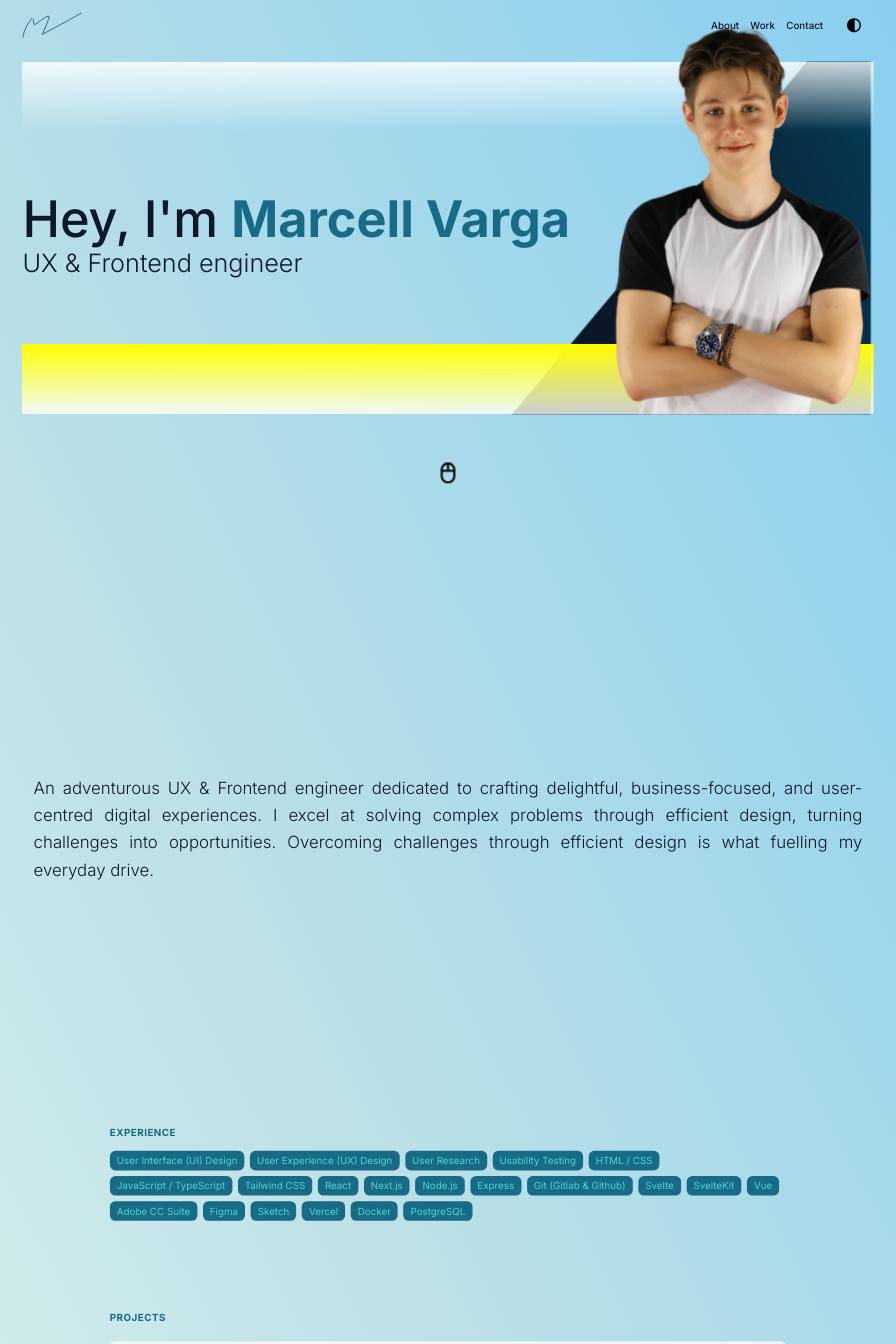
Repository: TheMarcellVarga/personal-portfolio-v.2
Page: /
An editor plug-in stored every save of this project. The page is shown before and after a run of saves, followed by the edit.
The browser window is 1280 px wide. The pictures show the part of the page from y = 0 to 1920 px (the page is 4294 px tall), at 70% of full size.
The project was rebuilt for these pictures with package versions that can differ from the ones it lists, and the page was loaded fresh each time. The framework's server and built-in components were replaced by stand-ins that run in the browser. Also part of the build but not shown: next.config.mjs.

Above is the page before, as saved 2024-07-19 00:22:46.

### app/layout.tsx
import type { Metadata } from "next";
import { Inter } from "next/font/google";
import "./globals.css";

const inter = Inter({ subsets: ["latin"] });

export const metadata: Metadata = {
  title: {
    template: "%s | Marcell Varga",
    default: "Marcell Varga",
  },
  description: "Marcell Varga Portfolio | UX & Frontend Engineer",
};
export default function RootLayout({
  children,
}: Readonly<{
  children: React.ReactNode;
}>) {
  return (
    <html lang="en">
      <body className={inter.className}>{children}</body>
    </html>
  );
}

### app/globals.css
@tailwind base;
@tailwind components;
@tailwind utilities;

/* :root {
  --foreground-rgb: 0, 0, 0;
  --background-start-rgb: 214, 219, 220;
  --background-end-rgb: 255, 255, 255;
}

@media (prefers-color-scheme: dark) {
  :root {
    --foreground-rgb: 255, 255, 255;
    --background-start-rgb: 0, 0, 0;
    --background-end-rgb: 0, 0, 0;
  }
}

body {
  color: rgb(var(--foreground-rgb));
  background: linear-gradient(
      to bottom,
      transparent,
      rgb(var(--background-end-rgb))
    )
    rgb(var(--background-start-rgb));
}

@layer utilities {
  .text-balance {
    text-wrap: balance;
  }
} */

/* Light mode */
body {
  background-color: white;
  color: black;
}

/* Dark mode */
.dark body {
  background-color: black;
  color: white;
}

/* globals.css */
.svg-pink {
  fill: pink;
}

/* In your CSS file */
.light .dark-mode-icon {
  fill: #ffffff
}

.dark .dark-mode-icon {
  fill: #ffffff; /* Dark mode color */
}

@-webkit-keyframes animate-svg-stroke-1 {
  0% {
    stroke-dashoffset: 210.06117248535156px;
    stroke-dasharray: 210.06117248535156px;
  }

  100% {
    stroke-dashoffset: 420.1223449707031px;
    stroke-dasharray: 210.06117248535156px;
  }
}

@keyframes animate-svg-stroke-1 {
  0% {
    stroke-dashoffset: 210.06117248535156px;
    stroke-dasharray: 210.06117248535156px;
  }

  100% {
    stroke-dashoffset: 420.1223449707031px;
    stroke-dasharray: 210.06117248535156px;
  }
}

.svg-elem-1 {
  -webkit-animation: animate-svg-stroke-1 1s ease-in-out 1s both;
  animation: animate-svg-stroke-1 1s ease-in-out 1s both;
}

@-webkit-keyframes animate-svg-stroke-2 {
  0% {
    stroke-dashoffset: 798.271240234375px;
    stroke-dasharray: 798.271240234375px;
  }

  100% {
    stroke-dashoffset: 1596.54248046875px;
    stroke-dasharray: 798.271240234375px;
  }
}

@keyframes animate-svg-stroke-2 {
  0% {
    stroke-dashoffset: 798.271240234375px;
    stroke-dasharray: 798.271240234375px;
  }

  100% {
    stroke-dashoffset: 1596.54248046875px;
    stroke-dasharray: 798.271240234375px;
  }
}

.svg-elem-2 {
  -webkit-animation: animate-svg-stroke-2 1s ease-in-out 1.12s both;
  animation: animate-svg-stroke-2 1s ease-in-out 1.12s both;
}

@-webkit-keyframes animate-svg-stroke-3 {
  0% {
    stroke-dashoffset: 2px;
    stroke-dasharray: 2px;
  }

  100% {
    stroke-dashoffset: 4px;
    stroke-dasharray: 2px;
  }
}

@keyframes animate-svg-stroke-3 {
  0% {
    stroke-dashoffset: 2px;
    stroke-dasharray: 2px;
  }

  100% {
    stroke-dashoffset: 4px;
    stroke-dasharray: 2px;
  }
}

.svg-elem-3 {
  -webkit-animation: animate-svg-stroke-3 1s ease-in-out 1.24s both;
  animation: animate-svg-stroke-3 1s ease-in-out 1.24s both;
}

/* CSS for the overlay */
.nav-overlay {
  position: fixed;
  top: 0;
  right: 0;
  width: 80%; /* Adjust the width as needed */
  height: 100%;
  background-color: rgba(23, 107, 135, 1); /* Semi-transparent background */
  transform: translateX(100%); /* Hidden off-screen to the right */
  transition: transform 0.3s ease-out; /* Smooth transition */
  display: flex;
  flex-direction: column;
  justify-content: space-between; /* Pushes the button to the bottom */
  align-items: center;
  padding: 2rem;
  z-index: 2;
 }

 .nav-overlay.open {
  transform: translateX(0); /* Slide in from the right */
 }

/* Hamburger menu with increased z-index when open */
.md\:hidden {
  cursor: pointer;
  z-index: 2; /* Default z-index */
}

.md\:hidden.open {
  z-index: 5; /* Increased z-index when open */
}

/* Hamburger menu lines */
.md\:hidden > div {
  transition: all 0.3s ease;
}

/* Top line of the hamburger menu */
.md\:hidden > div:nth-child(1) {
  transform-origin: center;
}

/* Middle line of the hamburger menu */
.md\:hidden > div:nth-child(2) {
  transform-origin: center;
}

/* Bottom line of the hamburger menu */
.md\:hidden > div:nth-child(3) {
  transform-origin: center;
}

/* Animation for the hamburger menu to become a cross */
.md\:hidden.open > div:nth-child(1) {
  transform: translateY(6px) rotate(45deg);
}

.md\:hidden.open > div:nth-child(2) {
  opacity: 0;
  transition: none !important; /* Ensures no transition */
}

.md\:hidden.open > div:nth-child(3) {
  transform: translateY(-6px) rotate(-45deg);
}

/* Hamburger menu with increased z-index when open */
.md\:hidden {
  cursor: pointer;
  z-index: 2; /* Default z-index */
}

.md\:hidden.open {
  z-index: 5; /* Increased z-index when open */
}

/* CSS for the close button */
.close-btn {
  position: absolute;
  top: 1rem;
  right: 1rem;
  background: none;
  border: none;
  font-size: 1.5rem;
  color: #fff;
  cursor: pointer;
}

/* globals.css */
.sticky-header {
  position: sticky;
  top: 0;
  z-index: 1000; /* Ensure the header stays on top of other content */
  overflow: visible;
}

.pink-svg {
  filter: hue-rotate(300deg); /* Adjust the degree value as needed */
}

@keyframes moveDown {
  0% {
    transform: translateY(0);
  }
  100% {
    transform: translateY(15px); /* Adjust the value as needed */
  }
}

.animate-moveDown {
  animation: moveDown 2s infinite alternate ease-in-out; /* Adjust the duration as needed */
}

.globe-container {
  display: flex;
  justify-content: center;
  align-items: center;
  width: 100%;
  height: 500px; /* Adjust based on your desired height */
}

.triangle-bg-svg {
  position: absolute;
  top: 0; /* Keeps it at the top */
  left: auto;
  right: 0;
  width: 55%; /* Adjust based on your needs */
  height: 100%; /* Adjust based on your needs */
  z-index: 1;
}



.dark-mode .triangle-bg-svg path:first-child {
  fill: #001822;
}

.light-mode .triangle-bg-svg path:first-child {
  fill: #F8F8F8;
}

.main-container::before,
.main-container::after {
  content: '';
  position: absolute;
  width: 100%;
  height: 100px; /* Adjust based on your design */
  z-index: 10; /* Ensure it's above other content but below the profile image */
}

.main-container::before {
  top: 0;
  background-image: linear-gradient(to bottom, rgba(255, 255, 255, 0.8), rgba(255, 255, 255, 0)); /* Fades to transparent */
}

.main-container::after {
  bottom: 0;
  background-image: linear-gradient(to top, rgba(255, 255, 255, 0.8), rgba(255, 255, 0)); /* Fades to transparent */
}

### public/icons/openResume.tsx
import React from "react";

interface IconProps {
  isDarkMode: boolean;
  isHover: boolean;
}

const DarkModeIcon: React.FC<IconProps> = ({ isDarkMode, isHover }) => {
  return (
    <svg
      xmlns="http://www.w3.org/2000/svg"
      width="14"
      height="14"
      viewBox="0 0 512 512"
    >
      <path
        fill={
          isHover && isDarkMode
            ? "#4FD5CC"
            : isHover
            ? "#176B87"
            : isDarkMode
            ? "white"
            : "black"
        }
        d="M320 0c-17.7 0-32 14.3-32 32s14.3 32 32 32h82.7L201.4 265.4c-12.5 12.5-12.5 32.8 0 45.3s32.8 12.5 45.3 0L448 109.3V192c0 17.7 14.3 32 32 32s32-14.3 32-32V32c0-17.7-14.3-32-32-32H320zM80 32C35.8 32 0 67.8 0 112V432c0 44.2 35.8 80 80 80H400c44.2 0 80-35.8 80-80V320c0-17.7-14.3-32-32-32s-32 14.3-32 32V432c0 8.8-7.2 16-16 16H80c-8.8 0-16-7.2-16-16V112c0-8.8 7.2-16 16-16H192c17.7 0 32-14.3 32-32s-14.3-32-32-32H80z"
      />
    </svg>
  );
};

export default DarkModeIcon;

### public/icons/mouseScroll.tsx
import React from "react";

interface IconProps {
  isDarkMode: boolean;
  isOpen: boolean;
}

const MouseScrollIcon: React.FC<IconProps> = ({ isDarkMode, isOpen }) => {
  return (
    <svg
      className="animate-moveDown"
      width="36"
      height="36"
      viewBox="0 0 36 36"
      fill="none"
      xmlns="http://www.w3.org/2000/svg"
    >
      <path
        d="M18 32.9999C15.1 32.9999 12.625 31.9749 10.575 29.9249C8.525 27.8749 7.5 25.3999 7.5 22.4999V13.4999C7.5 10.5999 8.525 8.12494 10.575 6.07494C12.625 4.02494 15.1 2.99994 18 2.99994C20.9 2.99994 23.375 4.02494 25.425 6.07494C27.475 8.12494 28.5 10.5999 28.5 13.4999V22.4999C28.5 25.3999 27.475 27.8749 25.425 29.9249C23.375 31.9749 20.9 32.9999 18 32.9999ZM19.5 13.4999H25.5C25.5 11.6999 24.9313 10.1124 23.7938 8.73744C22.6563 7.36244 21.225 6.49994 19.5 6.14994V13.4999ZM10.5 13.4999H16.5V6.14994C14.775 6.49994 13.3438 7.36244 12.2063 8.73744C11.0688 10.1124 10.5 11.6999 10.5 13.4999ZM18 29.9999C20.075 29.9999 21.8438 29.2687 23.3063 27.8062C24.7688 26.3437 25.5 24.5749 25.5 22.4999V16.4999H10.5V22.4999C10.5 24.5749 11.2313 26.3437 12.6938 27.8062C14.1563 29.2687 15.925 29.9999 18 29.9999Z"
        fill={isOpen ? "white" : isDarkMode ? "white" : "black"}
      />
    </svg>
  );
};

export default MouseScrollIcon;

### app/useWindowSize.tsx
import { useState, useEffect } from "react";

const useWindowSize = () => {
  const [windowSize, setWindowSize] = useState({
    width: undefined as number | undefined,
    height: undefined as number | undefined,
  });

  useEffect(() => {
    // Check if window object is available
    if (typeof window!== "undefined") {
      const handleResize = () => {
        setWindowSize({
          width: window.innerWidth * 0.6,
          height: window.innerHeight * 0.6,
        });
      };

      window.addEventListener("resize", handleResize);
      handleResize();

      return () => window.removeEventListener("resize", handleResize);
    }
  }, []);

  return windowSize;
};

export default useWindowSize;

### app/footer.tsx
"use client";

import GitHubIcon from "@/public/icons/github";
import LinkedInIcon from "@/public/icons/linkedin";
import Link from "next/link";

interface FooterProps {
  isDarkMode: boolean;
  setIsDarkMode: (isDarkMode: boolean) => void;
  isOpen: boolean;
  setIsOpen: (isOpen: boolean) => void;
}

const Footer: React.FC<FooterProps> = ({ isDarkMode, isOpen }) => {
  return (
    <div className="flex w-full flex-row justify-between items-center px-4">
      <div className="flex w-full opacity-50 text-sm">© 2024 Marcell Varga</div>
      <div className="flex space-x-4">
        <Link href="https://www.linkedin.com/in/marcellvarga/">
          {/* <Image
            src="/icons/linkedin.svg"
            alt="Linkedin Icon"
            width={24}
            height={24}
          /> */}
          <LinkedInIcon isDarkMode={isDarkMode} isOpen={isOpen} />
        </Link>
        <Link href="https://github.com/TheMarcellVarga">
          {/* <Image
            src="/icons/github.svg"
            alt="GitHub Icon"
            width={24}
            height={24}
          /> */}
          <GitHubIcon isDarkMode={isDarkMode} isOpen={isOpen} />
        </Link>
      </div>
    </div>
  );
};

export default Footer;

### public/icons/darkMode.tsx
import React from "react";

interface IconProps {
  isDarkMode: boolean;
  isOpen: boolean;
}

const DarkModeIcon: React.FC<IconProps> = ({ isDarkMode, isOpen }) => {
  return (
    <svg
      xmlns="http://www.w3.org/2000/svg"
      height="24px"
      viewBox="0 -960 960 960"
      width="24px"
      fill="none"
    >
      <path
        fill={isOpen ? "white" : isDarkMode ? "white" : "black"}
        d="M480-80q-83 0-156-31.5T197-197q-54-54-85.5-127T80-480q0-83 31.5-156T197-763q54-54 127-85.5T480-880q83 0 156 31.5T763-763q54 54 85.5 127T880-480q0 83-31.5 156T763-197q-54 54-127 85.5T480-80Zm40-83q119-15 199.5-104.5T800-480q0-123-80.5-212.5T520-797v634Z"
      />
    </svg>
  );
};

export default DarkModeIcon;

### public/icons/indexSigAnimated.tsx
import React from "react";

interface IconProps {
  isDarkMode: boolean;
  isOpen: boolean;
}

const IndexSigAnimatedIcon: React.FC<IconProps> = ({ isDarkMode, isOpen }) => {
  return (
    <svg
      className="svg-elem-1"
      width="85"
      height="37"
      viewBox="0 0 85 37"
      fill="none"
      xmlns="http://www.w3.org/2000/svg"
    >
      <g clipPath="url(#clip0_18_152)">
        <path
          stroke={isOpen ? "#053B50" : isDarkMode ? "white" : "#053B50"}
          strokeLinecap="round"
          strokeLinejoin="round"
          d="M0.396973 36.3291C0.396973 36.3291 1.80464 21.811 13.6633 7.89246"
        />
        <path
          stroke={isOpen ? "#053B50" : isDarkMode ? "white" : "#053B50"}
          strokeLinecap="round"
          strokeLinejoin="round"
          d="M84.6029 0.378418C83.4907 1.72562 28.5188 31.0478 28.5188 31.0478C34.2765 18.2493 39.5275 5.38881 37.4414 4.87415C37.3274 4.8523 37.2096 4.85749 37.0982 4.88928C31.574 6.017 19.8186 16.4677 17.715 17.2805C17.665 17.3015 17.6107 17.3113 17.5561 17.3093C16.4821 17.2881 15.8514 13.5856 15.4907 9.68776"
        />
      </g>
      <defs>
        <clipPath id="clip0_18_152">
          <rect width="85" height="36.7076" fill="white" />
        </clipPath>
      </defs>
    </svg>
  );
};

export default IndexSigAnimatedIcon;

### public/icons/github.tsx
import React from "react";

interface IconProps {
  isDarkMode: boolean;
  isOpen: boolean;
}

const GitHubIcon: React.FC<IconProps> = ({ isDarkMode, isOpen }) => {
  return (
    <svg
      width="24"
      height="24"
      viewBox="0 0 24 24"
      fill="none"
      xmlns="http://www.w3.org/2000/svg"
    >
      <g clip-path="url(#clip0_21_650)">
        <path
          d="M8.52656 18.6281C8.52656 18.7219 8.41875 18.7969 8.28281 18.7969C8.12812 18.8109 8.02031 18.7359 8.02031 18.6281C8.02031 18.5344 8.12813 18.4594 8.26406 18.4594C8.40469 18.4453 8.52656 18.5203 8.52656 18.6281ZM7.06875 18.4172C7.03594 18.5109 7.12969 18.6187 7.27031 18.6469C7.39219 18.6937 7.53281 18.6469 7.56094 18.5531C7.58906 18.4594 7.5 18.3516 7.35938 18.3094C7.2375 18.2766 7.10156 18.3234 7.06875 18.4172ZM9.14062 18.3375C9.00469 18.3703 8.91094 18.4594 8.925 18.5672C8.93906 18.6609 9.06094 18.7219 9.20156 18.6891C9.3375 18.6562 9.43125 18.5672 9.41719 18.4734C9.40312 18.3844 9.27656 18.3234 9.14062 18.3375ZM12.225 0.375C5.72344 0.375 0.75 5.31094 0.75 11.8125C0.75 17.0109 4.02188 21.4594 8.69531 23.025C9.29531 23.1328 9.50625 22.7625 9.50625 22.4578C9.50625 22.1672 9.49219 20.5641 9.49219 19.5797C9.49219 19.5797 6.21094 20.2828 5.52188 18.1828C5.52188 18.1828 4.9875 16.8187 4.21875 16.4672C4.21875 16.4672 3.14531 15.7312 4.29375 15.7453C4.29375 15.7453 5.46094 15.8391 6.10312 16.9547C7.12969 18.7641 8.85 18.2437 9.52031 17.9344C9.62813 17.1844 9.93281 16.6641 10.2703 16.3547C7.65 16.0641 5.00625 15.6844 5.00625 11.175C5.00625 9.88594 5.3625 9.23906 6.1125 8.41406C5.99062 8.10938 5.59219 6.85312 6.23438 5.23125C7.21406 4.92656 9.46875 6.49688 9.46875 6.49688C10.4062 6.23438 11.4141 6.09844 12.4125 6.09844C13.4109 6.09844 14.4188 6.23438 15.3563 6.49688C15.3563 6.49688 17.6109 4.92188 18.5906 5.23125C19.2328 6.85781 18.8344 8.10938 18.7125 8.41406C19.4625 9.24375 19.9219 9.89062 19.9219 11.175C19.9219 15.6984 17.1609 16.0594 14.5406 16.3547C14.9719 16.725 15.3375 17.4281 15.3375 18.5297C15.3375 20.1094 15.3234 22.0641 15.3234 22.4484C15.3234 22.7531 15.5391 23.1234 16.1344 23.0156C20.8219 21.4594 24 17.0109 24 11.8125C24 5.31094 18.7266 0.375 12.225 0.375ZM5.30625 16.5422C5.24531 16.5891 5.25938 16.6969 5.33906 16.7859C5.41406 16.8609 5.52187 16.8938 5.58281 16.8328C5.64375 16.7859 5.62969 16.6781 5.55 16.5891C5.475 16.5141 5.36719 16.4812 5.30625 16.5422ZM4.8 16.1625C4.76719 16.2234 4.81406 16.2984 4.90781 16.3453C4.98281 16.3922 5.07656 16.3781 5.10938 16.3125C5.14219 16.2516 5.09531 16.1766 5.00156 16.1297C4.90781 16.1016 4.83281 16.1156 4.8 16.1625ZM6.31875 17.8312C6.24375 17.8922 6.27187 18.0328 6.37969 18.1219C6.4875 18.2297 6.62344 18.2437 6.68437 18.1688C6.74531 18.1078 6.71719 17.9672 6.62344 17.8781C6.52031 17.7703 6.37969 17.7563 6.31875 17.8312ZM5.78438 17.1422C5.70937 17.1891 5.70937 17.3109 5.78438 17.4188C5.85938 17.5266 5.98594 17.5734 6.04688 17.5266C6.12187 17.4656 6.12187 17.3438 6.04688 17.2359C5.98125 17.1281 5.85938 17.0813 5.78438 17.1422Z"
          fill={isOpen ? "white" : isDarkMode ? "white" : "black"}
        />
      </g>
      <defs>
        <clipPath id="clip0_21_650">
          <rect
            width="23.25"
            height="24"
            fill={isOpen ? "white" : isDarkMode ? "white" : "black"}
            transform="translate(0.75)"
          />
        </clipPath>
      </defs>
    </svg>
  );
};

export default GitHubIcon;

### public/icons/linkedin.tsx
import React from "react";

interface LinkedInIconProps {
  isDarkMode: boolean;
  isOpen: boolean;
}

const LinkedInIcon: React.FC<LinkedInIconProps> = ({ isDarkMode, isOpen }) => {
  return (
    <svg
      width="22"
      height="22"
      viewBox="0 0 22 22"
      fill="none"
      xmlns="http://www.w3.org/2000/svg"
    >
      <path
        d="M20.25 0.5H2.24531C1.42031 0.5 0.75 1.17969 0.75 2.01406V19.9859C0.75 20.8203 1.42031 21.5 2.24531 21.5H20.25C21.075 21.5 21.75 20.8203 21.75 19.9859V2.01406C21.75 1.17969 21.075 0.5 20.25 0.5ZM7.09687 18.5H3.98438V8.47812H7.10156V18.5H7.09687ZM5.54062 7.10938C4.54219 7.10938 3.73594 6.29844 3.73594 5.30469C3.73594 4.31094 4.54219 3.5 5.54062 3.5C6.53437 3.5 7.34531 4.31094 7.34531 5.30469C7.34531 6.30312 6.53906 7.10938 5.54062 7.10938ZM18.7641 18.5H15.6516V13.625C15.6516 12.4625 15.6281 10.9672 14.0344 10.9672C12.4125 10.9672 12.1641 12.2328 12.1641 13.5406V18.5H9.05156V8.47812H12.0375V9.84687H12.0797C12.4969 9.05937 13.5141 8.22969 15.0281 8.22969C18.1781 8.22969 18.7641 10.3062 18.7641 13.0062V18.5Z"
        fill={isOpen ? "white" : isDarkMode ? "white" : "black"}
      />
    </svg>
  );
};

export default LinkedInIcon;

### tailwind.config.ts
import type { Config } from "tailwindcss";

const config: Config = {
  content: [
    "./pages/**/*.{js,ts,jsx,tsx,mdx}",
    "./components/**/*.{js,ts,jsx,tsx,mdx}",
    "./app/**/*.{js,ts,jsx,tsx,mdx}",
  ],
  theme: {
    extend: {
      backgroundImage: {
        'gradient-dark': 'linear-gradient(243deg, #02425C 0%, #0F172A 47.5%, #001822 100%)',
        'gradient-light': 'linear-gradient(243deg, #89CFF0 0%, #BEE1E6 47.5%, #F0FFF7 100%)', // Light gradient added here
      },
      backdropBlur: {
        'blur': 'blur(10px)',
      },
      backgroundColor: {
        "custom-light": "#D9D9D9",
      },
      colors: {
        "custom-blue": "#176B87",
        "custom-teal": "#4FD5CC",
      },
    },
  },
  variants: {
    extend: {},
  },
  darkMode: "class", // Ensure dark mode is enabled
  plugins: [],
};

export default config;

Loaded but not shown: app/page.tsx (566 lines, source omitted); app/header.tsx (209 lines, source omitted)

After the next 2 saves:
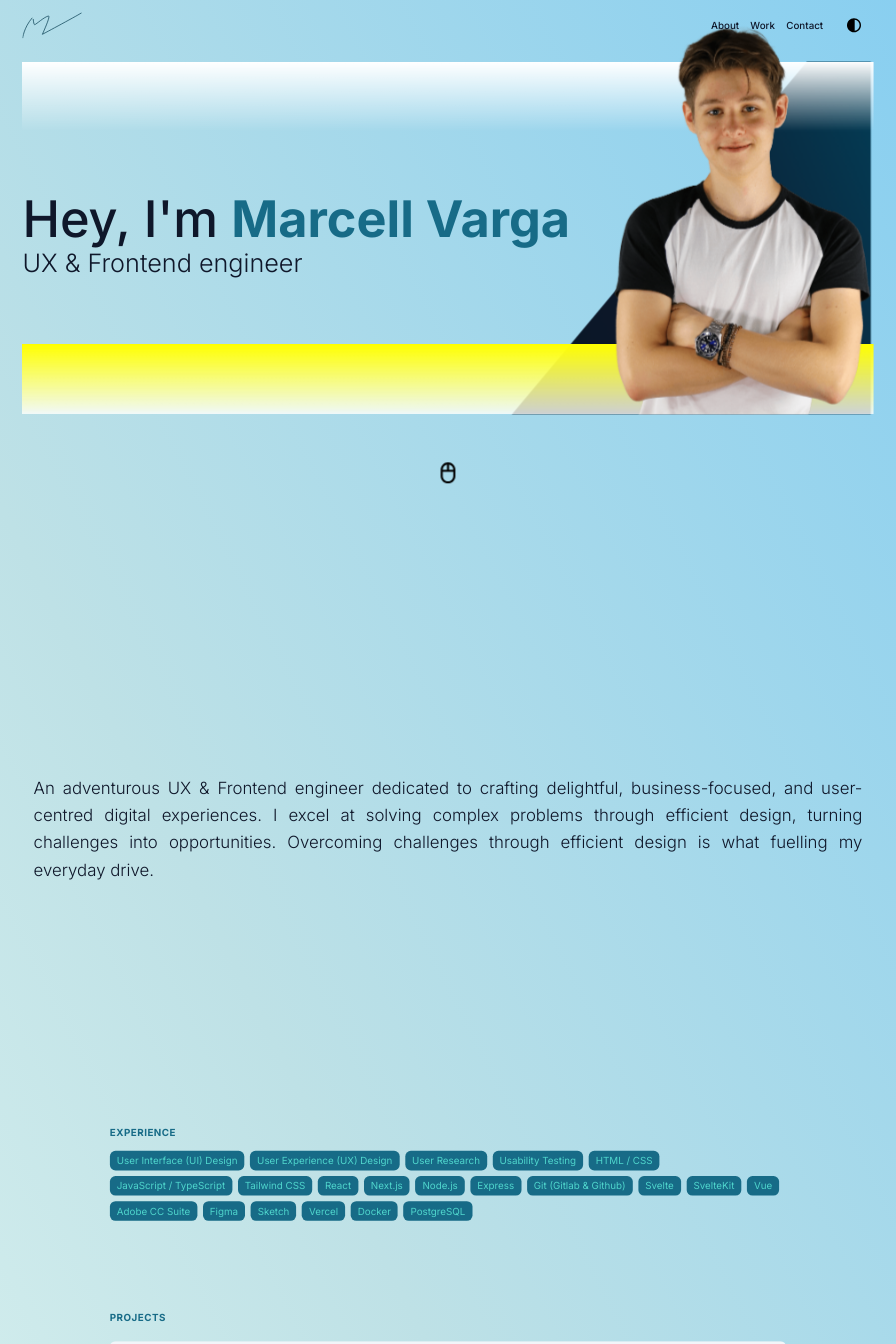
The 2 saves are shown as one change because they came seconds apart.
The last was saved 47 s later.
--- a/app/globals.css
+++ b/app/globals.css
@@ -297,7 +297,7 @@ body {
 
 .main-container::before {
   top: 0;
-  background-image: linear-gradient(to bottom, rgba(255, 255, 255, 0.8), rgba(255, 255, 255, 0)); /* Fades to transparent */
+  background-image: linear-gradient(to bottom, rgba(255, 255, 255, 1), transparent); /* Fades to transparent */
 }
 
 .main-container::after {
